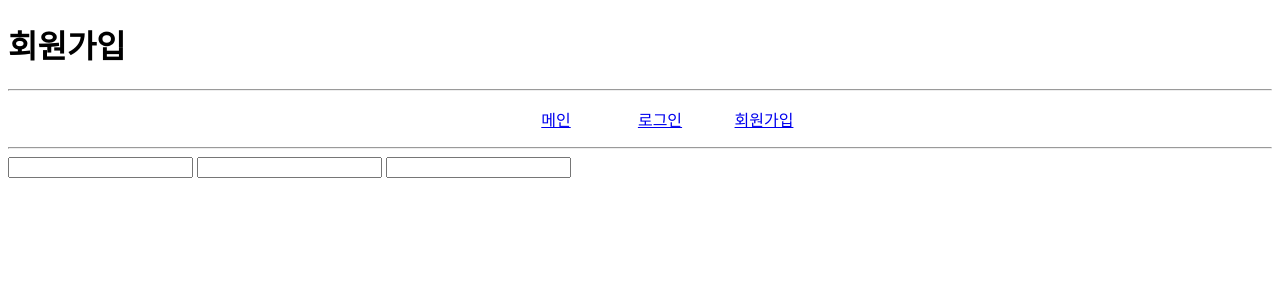
Repository: leesangbok/jsp-work
Page: http://localhost/cos/join.jsp
An editor plug-in stored every save of this project. The page is shown before and after the next save, followed by the edit.
The browser window is 1280 px wide. The pictures show the whole page.
The page is served by Tomcat 9.

Above is the page before, as saved 2020-08-22 02:47:48.

### cos/WebContent/join.jsp
<%@ page language="java" contentType="text/html; charset=UTF-8"
    pageEncoding="UTF-8"%>
<!DOCTYPE html>
<html>
<head>
<meta charset="UTF-8">
<title>회원가입</title>
 <style>
 	ul{text-align: center;}
 	li{display: inline-block; width: 100px;}
 </style>
</head>
<body>
	<h1>회원가입</h1>
	<hr/>
	<ul>
		<li><a href="main.jsp" title="메인">메인</a></li>
		<li><a href="login.jsp" title="로그인">로그인</a></li>
		<li><a href="join.jsp" title="회원가입">회원가입</a></li>
	</ul>
	<hr/>
	<!-- form태그 :: 데이터를 전송하기 위한 박스 이다 -->
	<form>
		<input type="text" name="userName"/>
		<input type="password" name="password"/>
		<input type="email" name="email"/>
	</form>
</body>
</html>

After the next save:
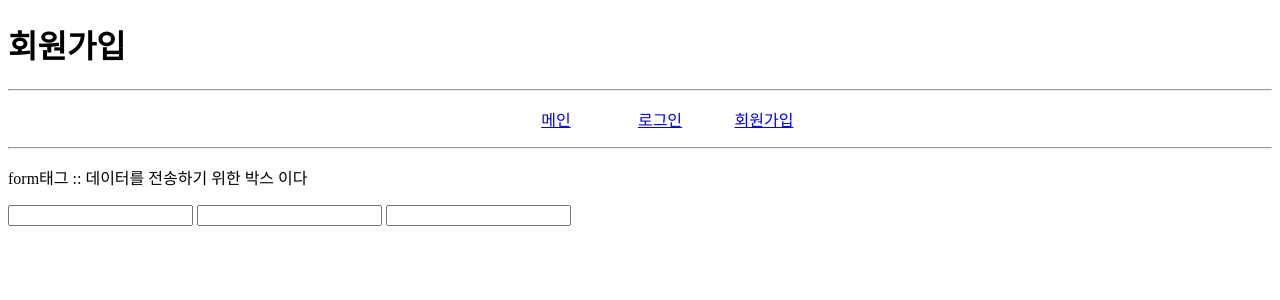
Saved 53 s later.
--- a/cos/WebContent/join.jsp
+++ b/cos/WebContent/join.jsp
@@ -20,6 +20,7 @@
 	</ul>
 	<hr/>
 	<!-- form태그 :: 데이터를 전송하기 위한 박스 이다 -->
+	<p>form태그 :: 데이터를 전송하기 위한 박스 이다</p>
 	<form>
 		<input type="text" name="userName"/>
 		<input type="password" name="password"/>
